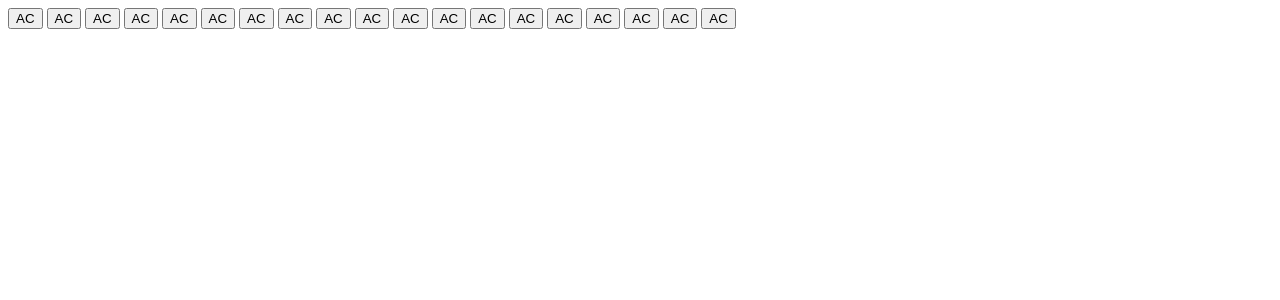
Repository: dmpelaez/calculator
Page: Calculator.html
The author's editor kept a copy of each file at every save. The page is drawn from the files as they stood at one save, then again after the next save.
The browser window is 1280 px wide. The pictures show the whole page.

Above is the page before, as saved 2025-12-15 19:42:38.

### Calculator.html
<!DOCTYPE html>

  <html>
    <head>

      <title>Calculator</title>

      <!--CSS-->
      <link rel="stylesheet" href="Calculator.css">

    </head>
    <body>
      <!--Container-->
      <main class="container">

        <!--Sections-->
        <section class="Section">

          <!--Input section-->
          <div class="inputSection"></div>

          <!--Btns section-->
          <div class="btnSection">
            <button class="btn">AC</button>
            <button class="btn">AC</button>
            <button class="btn">AC</button>
            <button class="btn">AC</button>
            <button class="btn">AC</button>
            <button class="btn">AC</button>
            <button class="btn">AC</button>
            <button class="btn">AC</button>
            <button class="btn">AC</button>
            <button class="btn">AC</button>
            <button class="btn">AC</button>
            <button class="btn">AC</button>
            <button class="btn">AC</button>
            <button class="btn">AC</button>
            <button class="btn">AC</button>
            <button class="btn">AC</button>
            <button class="btn">AC</button>
            <button class="btn">AC</button>
            <button class="btn">AC</button>
          </div>
        </section>


      </main>

      <script src="Calculator.js"></script>
    </body>

  </html>

Loaded but not shown: Calculator.css (no stored copy; drawn as an empty file); Calculator.js (no stored copy; drawn as an empty file)

After the next save:
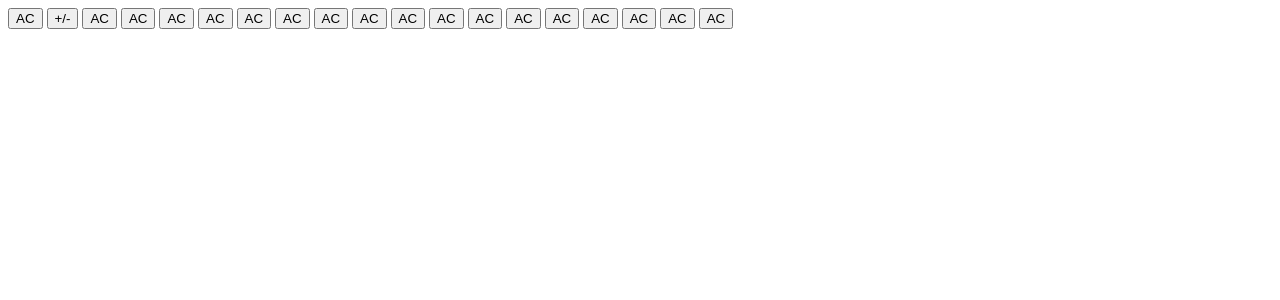
Saved 27 s later.
--- a/Calculator.html
+++ b/Calculator.html
@@ -22,7 +22,7 @@
           <!--Btns section-->
           <div class="btnSection">
             <button class="btn">AC</button>
-            <button class="btn">AC</button>
+            <button class="btn">+/-</button>
             <button class="btn">AC</button>
             <button class="btn">AC</button>
             <button class="btn">AC</button>
